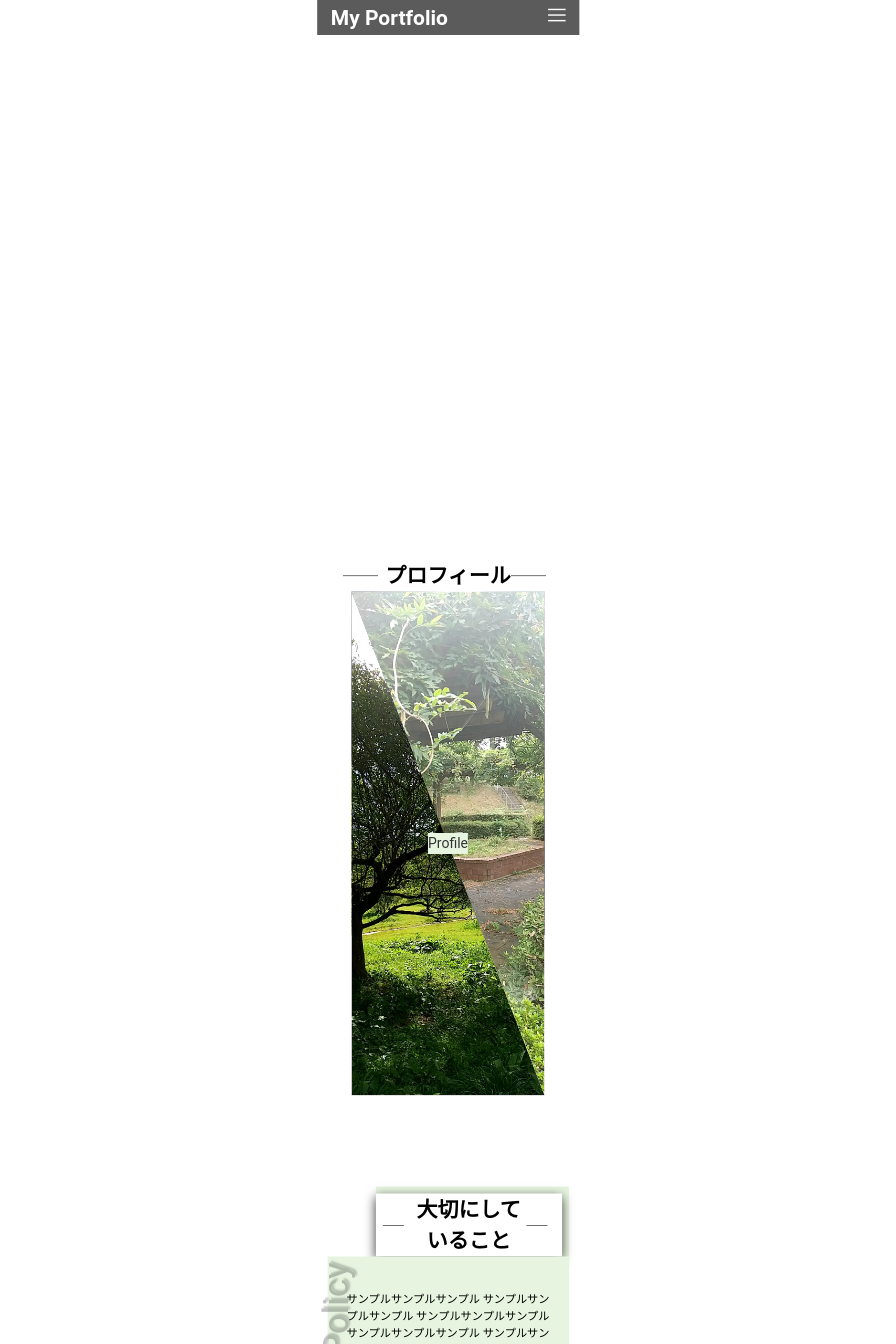
Repository: ppmp556/portfolio6
Page: index copy.html
The author's editor kept a copy of each file at every save. The page is drawn from the files as they stood at one save, then again after the next save.
The browser window is 1280 px wide. The pictures show the part of the page from y = 0 to 1920 px (the page is 4078 px tall), at 70% of full size.
Some web libraries are served in a nearby version. The style sheet was rebuilt from its Sass, Less or Tailwind sources for each picture, by a compiler version that may differ from the author's.

Above is the page before, as saved 2020-10-22 16:00:37.
Console error: TypeError: slideLength.eq is not a function

After the next save:
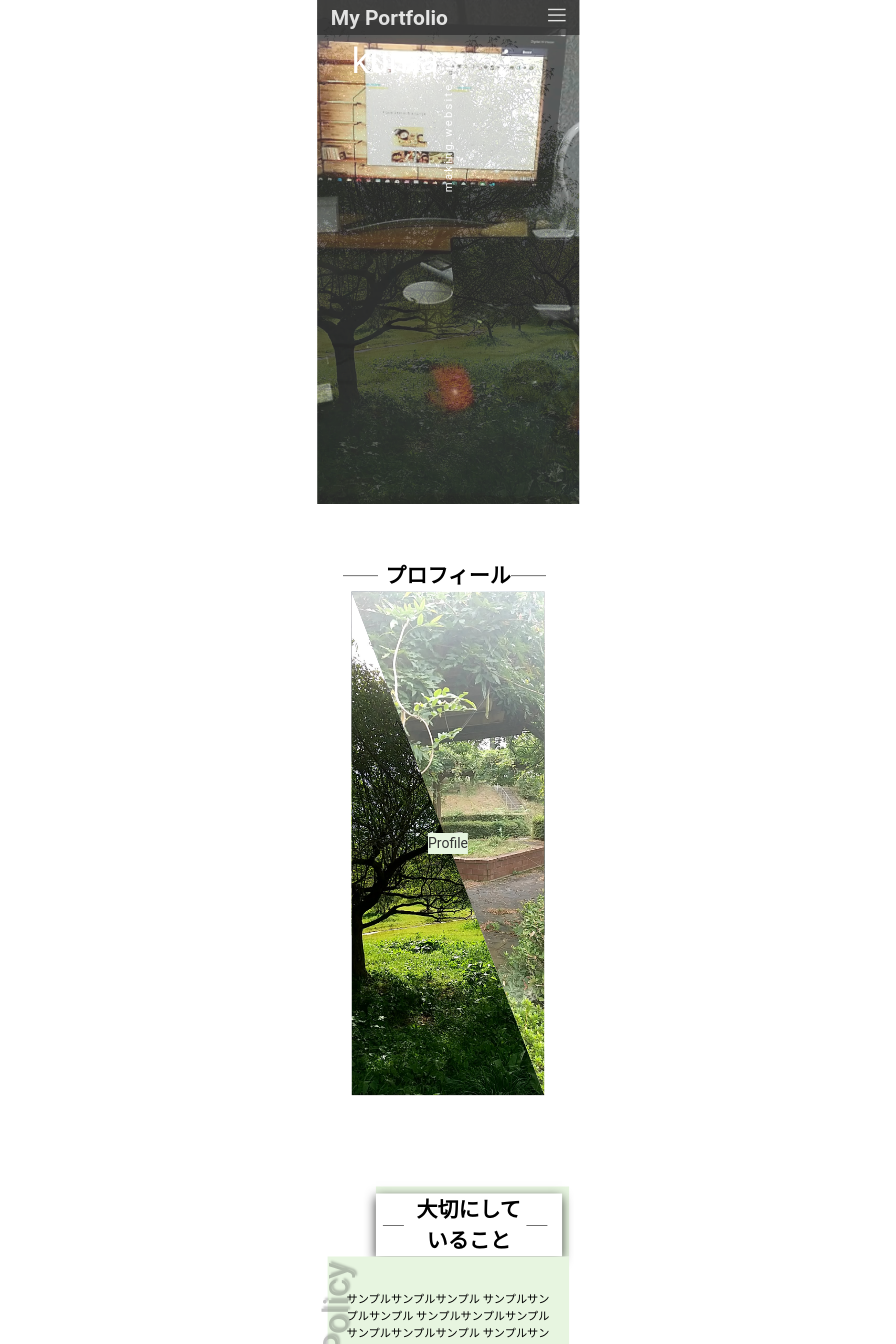
The error is gone.
Saved 31 s later.
--- a/main.js
+++ b/main.js
@@ -27,7 +27,7 @@ $(() => {
     const slidesshow = () => {
 
         slides.eq(nowPage % slideLength).fadeOut(fadeTime).removeClass("zoom");
-        slideLength.eq(nextPage % slideLength).fadeIn(fadeTime).addClass("zoom");
+        slides.eq(nextPage % slideLength).fadeIn(fadeTime).addClass("zoom");
 
         nowPage++;
         nextPage++;
